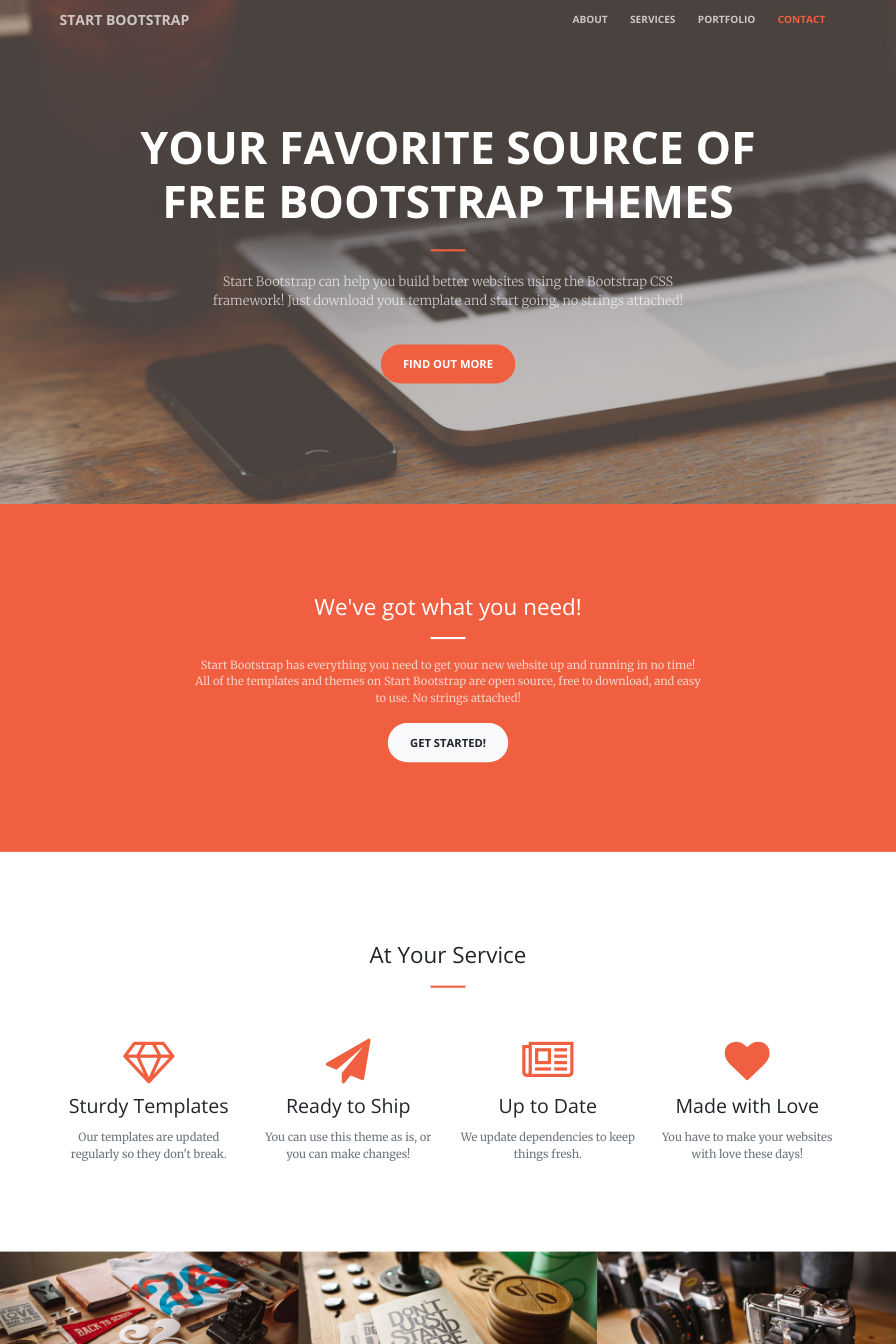
Repository: Julian-Escobar/Bootstrap
Page: index.html
These files come from the project's save history. The page is drawn as it stood at one moment and after the next save; the edit follows.
The browser window is 1280 px wide. The pictures show the part of the page from y = 0 to 1920 px (the page is 3168 px tall), at 70% of full size.

Above is the page before, as saved 2018-08-06 18:48:25.

After the next save:
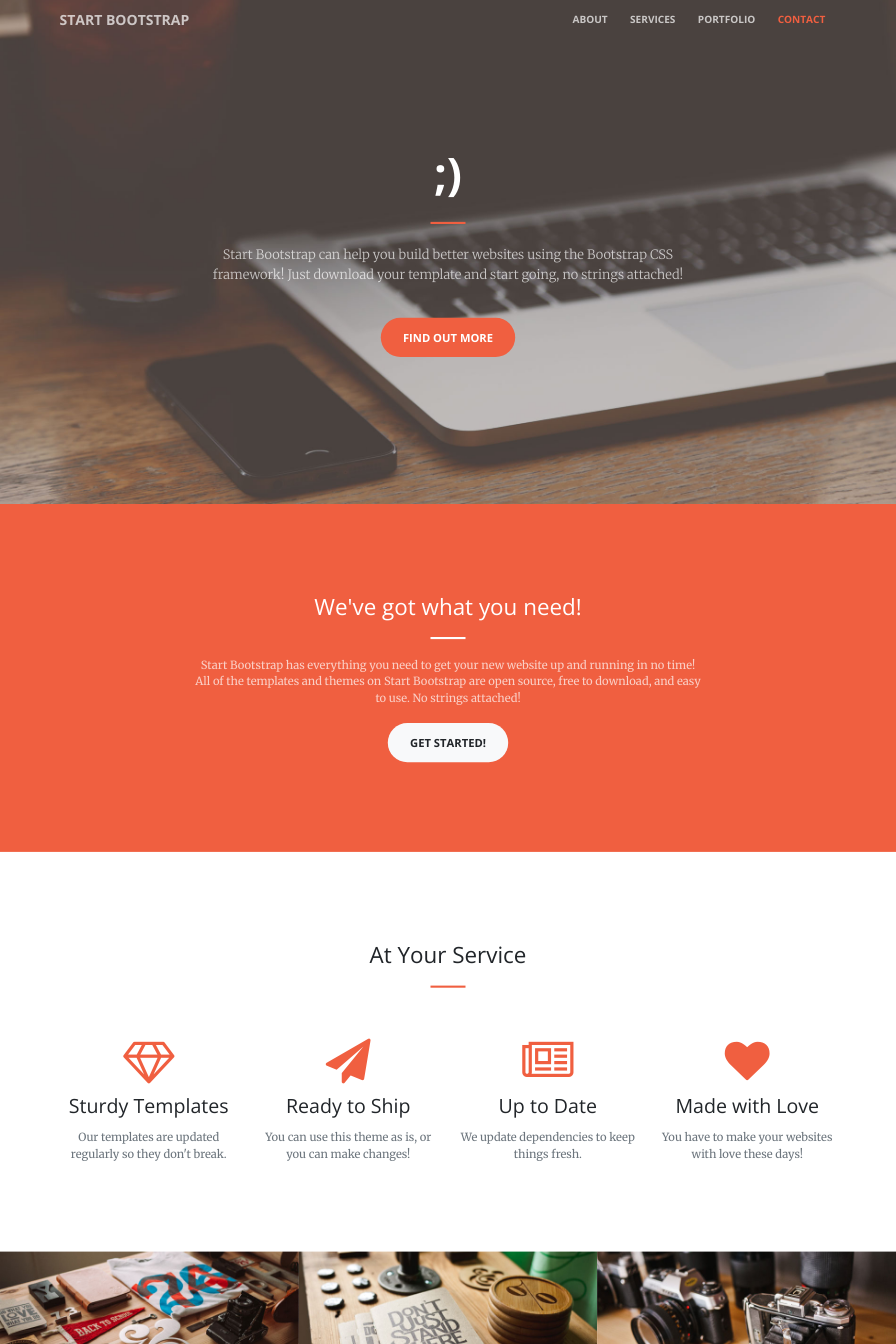
Saved 108 s later.
--- a/index.html
+++ b/index.html
@@ -59,7 +59,7 @@
         <div class="row">
           <div class="col-lg-10 mx-auto">
             <h1 class="text-uppercase">
-              <strong>Your Favorite Source of Free Bootstrap Themes</strong>
+              <strong>;)</strong>
             </h1>
             <hr>
           </div>
